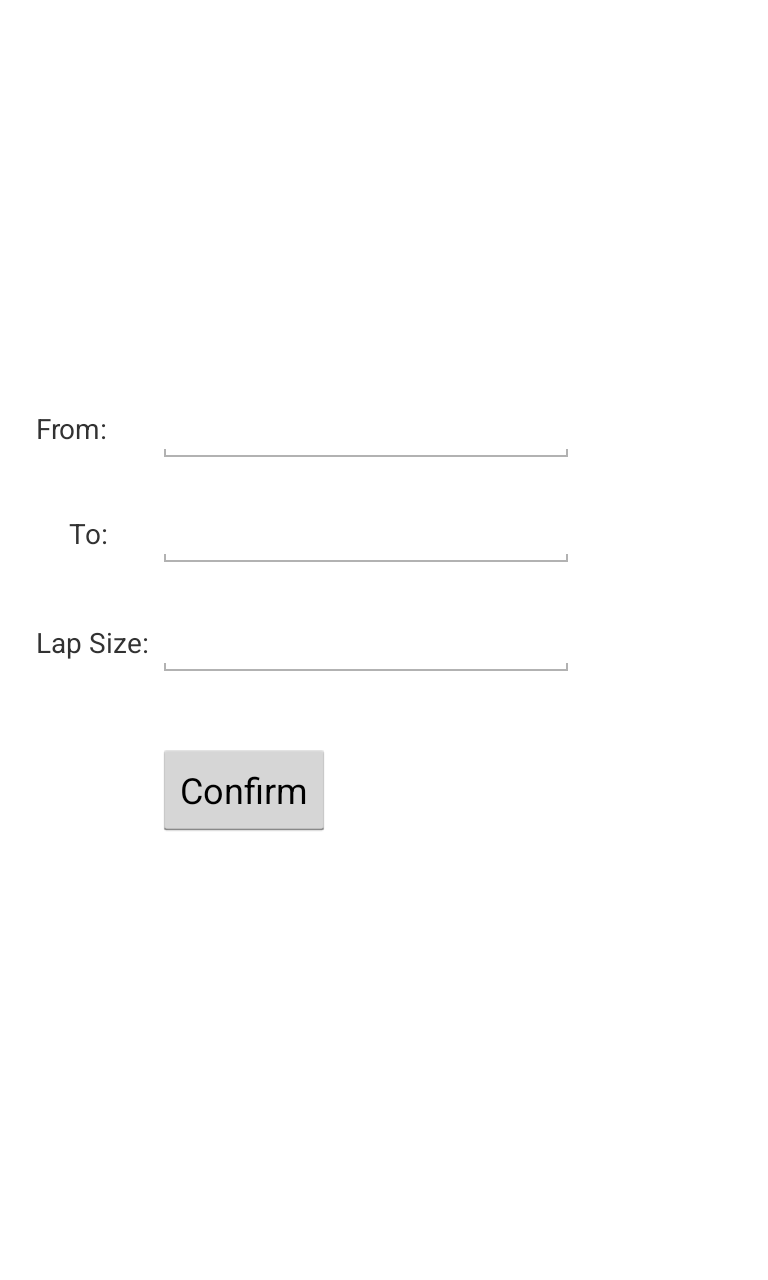
Repository: qfornaguera/AppQuelogy
Layout: AppQueology/res/layout/activity_threshold.xml
The author's editor kept a copy of each file at every save. The layout is drawn from the files as they stood at one save, then again after the next save.
It is drawn on a 768 x 1280 px phone screen (xhdpi) without system bars, with theme AppTheme; the app's code is not run.

Above is the layout before, as saved 2014-05-27 20:55:14.

After the next save:
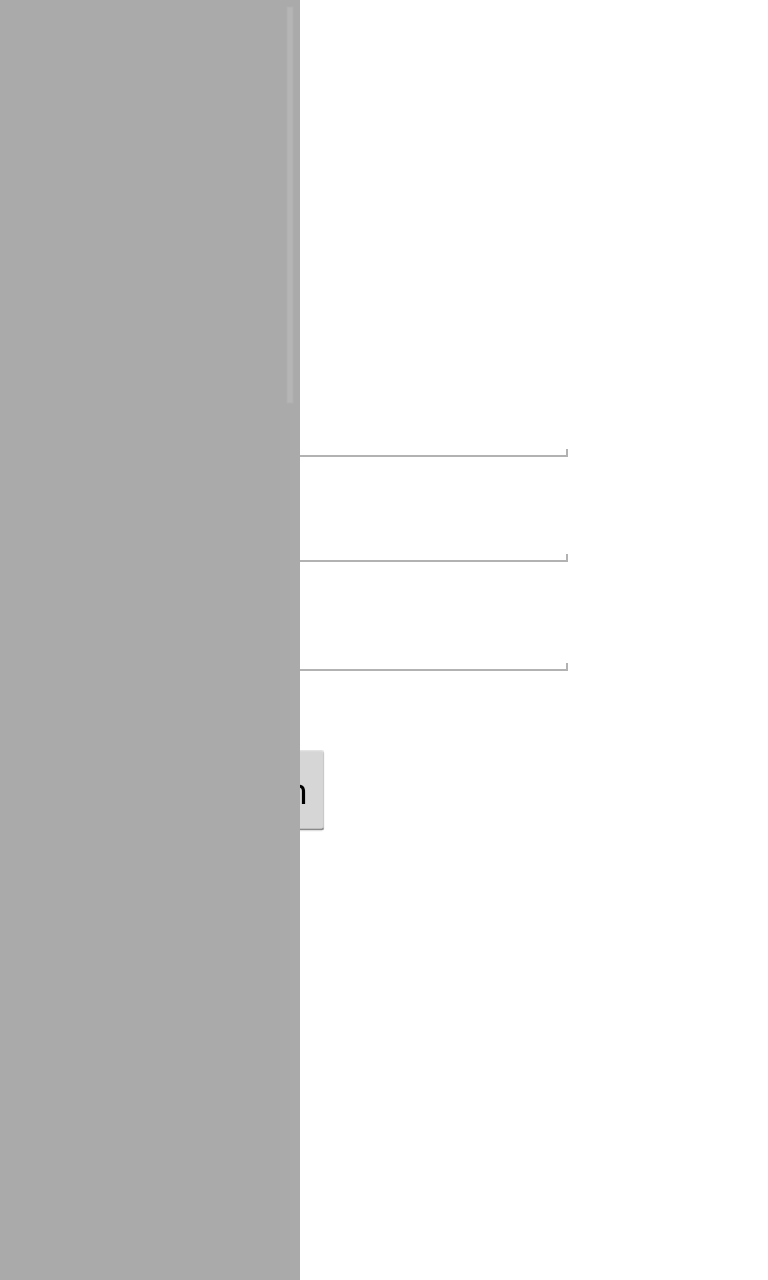
Saved 67 s later.
--- a/AppQueology/res/layout/activity_threshold.xml
+++ b/AppQueology/res/layout/activity_threshold.xml
@@ -87,7 +87,7 @@
 		    <RelativeLayout
 		        android:id="@+id/content"
 		        android:layout_width="150dp"
-		        android:layout_height="match_parent"
+		        android:layout_height="2000dp"
 		        android:background="#AAAAAA"
 		        android:orientation="vertical" >
 
